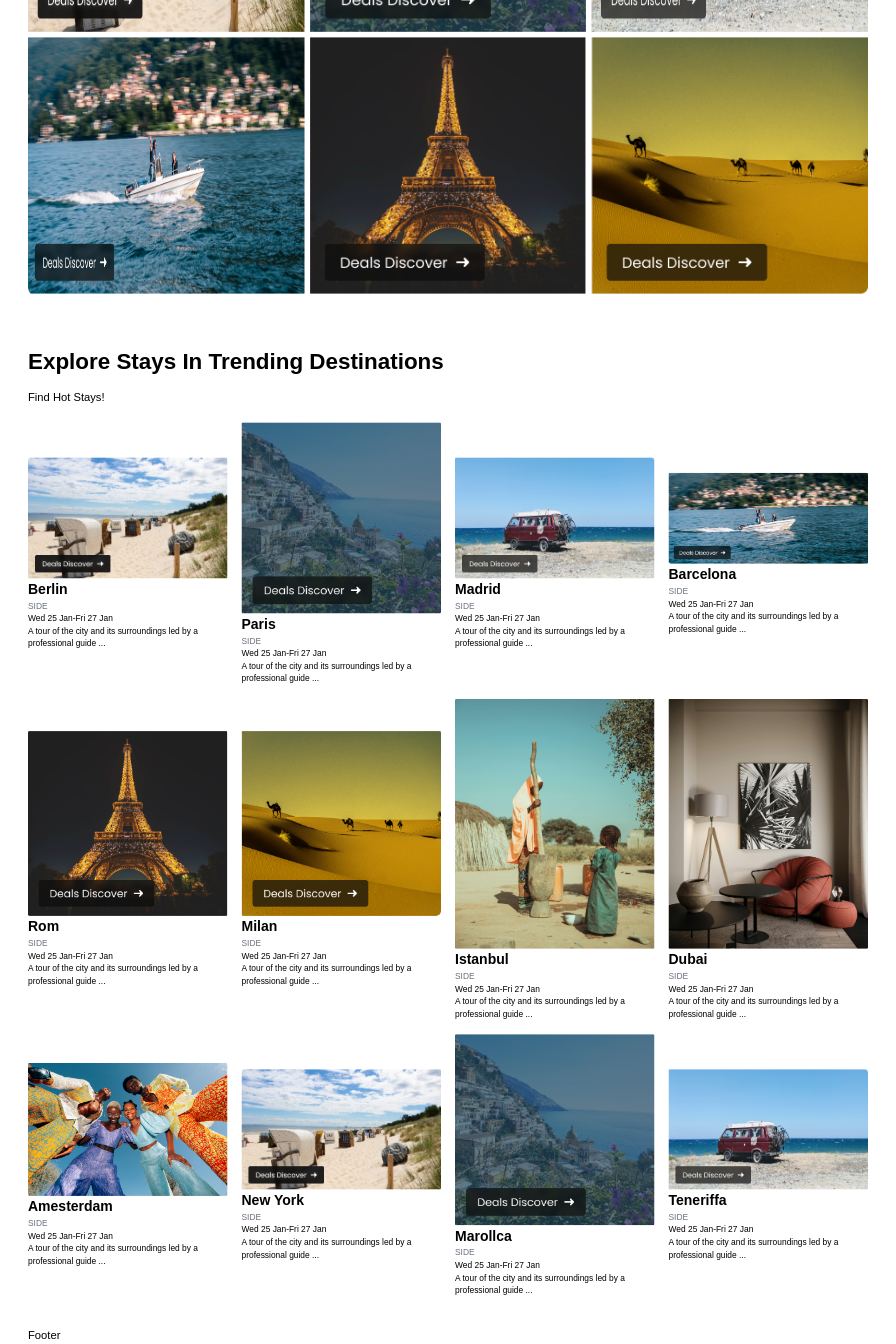
Repository: Quynhhuong150322/DIKO_STUDY_TRAVEL_WEB
Page: /
The author's editor kept a copy of each file at every save. The page is drawn from the files as they stood at one save, then again after the next save.
The browser window is 1280 px wide. The pictures show the part of the page from y = 1089 to 3009 px (the page is 3009 px tall before and 2922 px after), at 70% of full size.
The project was rebuilt for these pictures with package versions that can differ from the ones it lists, and the page was loaded fresh each time. Also part of the build but not shown: src/components/Login.js, src/components/Register.js. Imported but missing from the stored project, and not drawn on this page: src/redux/slices/authSlice.

Above is the page before, as saved 2024-02-23 11:27:51.

After the next save:
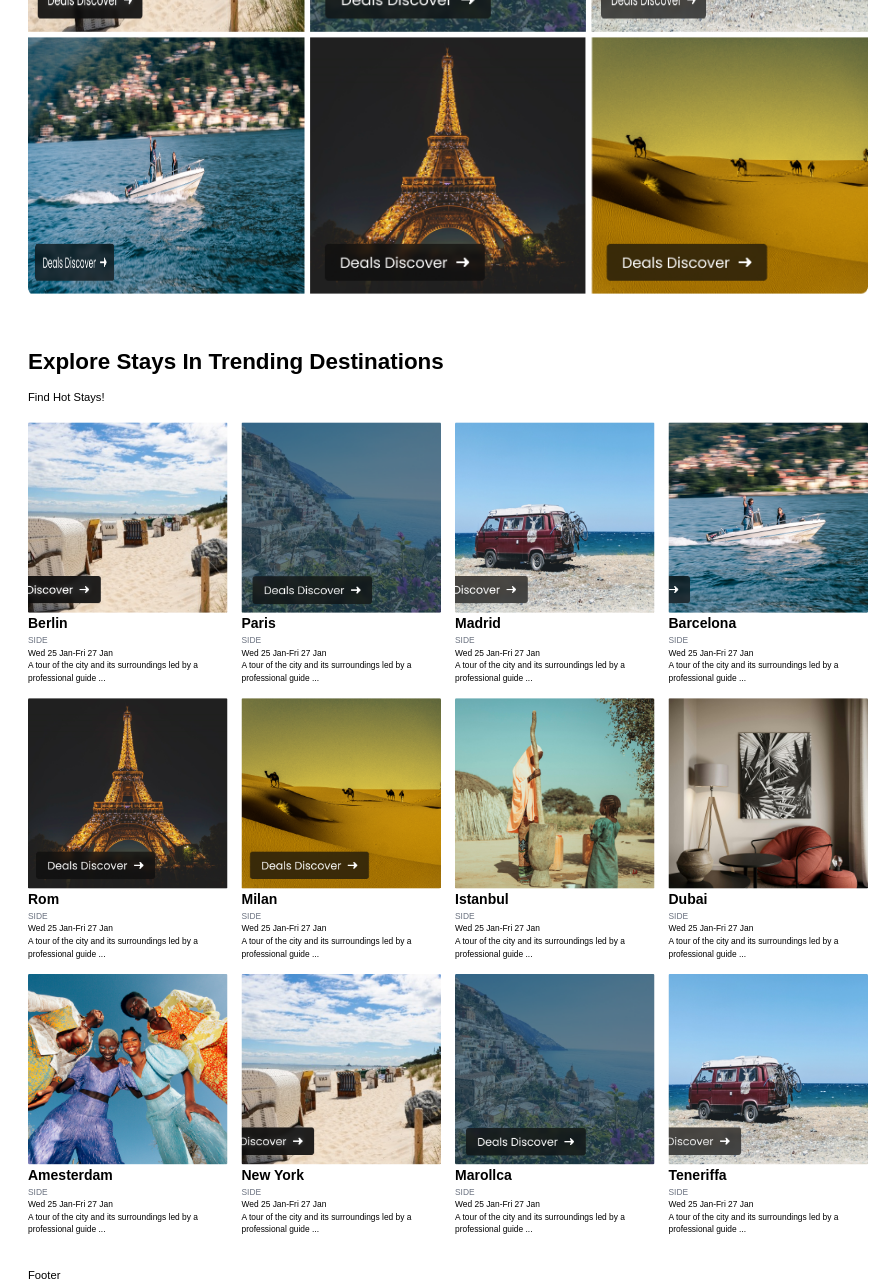
Saved 22 s later.
--- a/src/pages/LangdingPage/Langding.js
+++ b/src/pages/LangdingPage/Langding.js
@@ -267,7 +267,7 @@ const Langding = () => {
           {
             ListCard.map((data) => (
               <div className='flex flex-col '>
-                <img src={data.img} alt="" className=' h-1/2 w-full object-cover rounded-sm' />
+                <img src={data.img} alt="" className=' h-[272px] w-full object-cover rounded-sm' />
                 <div className=''>
                   <p className='text-xl font-semibold'>{data.location}</p>
                   <p className='text-sm text-gray-500'>{data.side}</p>
